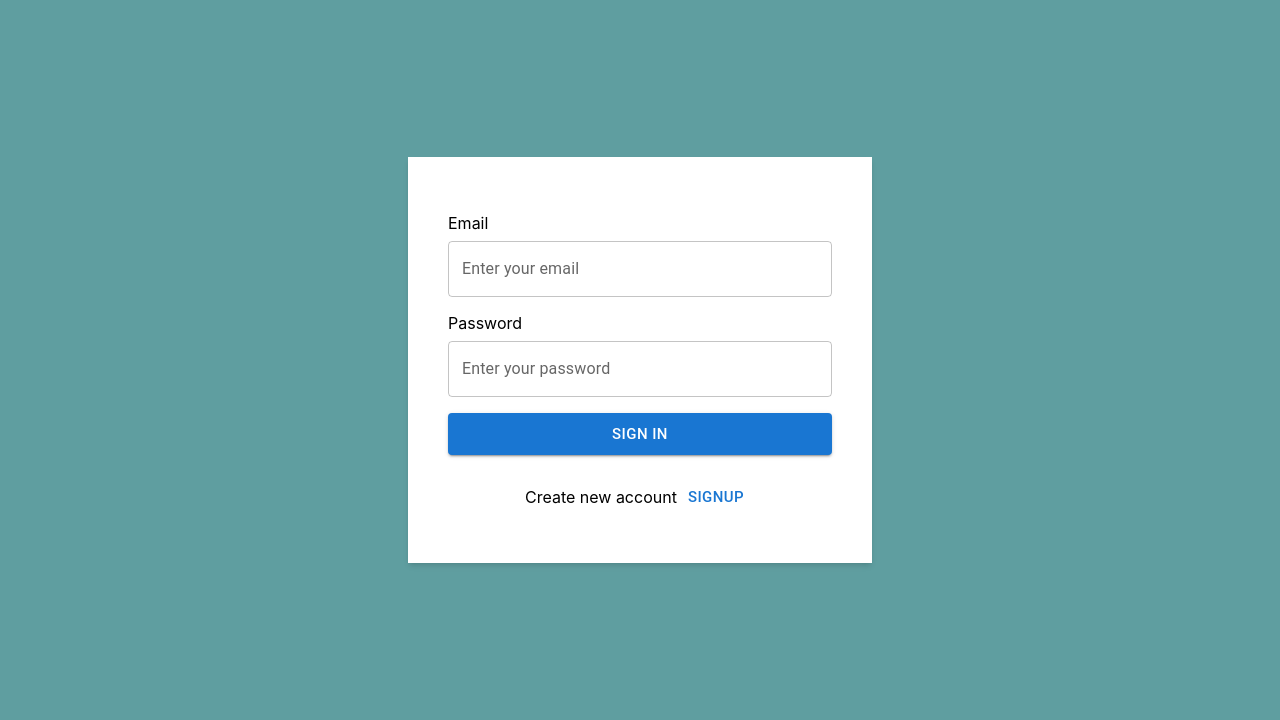
Repository: hoangcode204/Social-Chat-
Page: /signin (app in frontend/)
An editor plug-in stored every save of this project. The page is shown before and after the next save, followed by the edit.
The browser window is 1280 px wide. The pictures show the whole page.
The project was rebuilt for these pictures with package versions that can differ from the ones it lists, and the page was loaded fresh each time. Also part of the build but not shown: frontend/src/components/Homepage.module.scss, frontend/src/components/editChat/EditGroupChat.module.scss, frontend/src/components/utils/Utils.ts, frontend/src/components/editChat/GroupMember.module.scss, frontend/src/components/editChat/GroupMember.tsx, frontend/src/redux/chat/ChatAction.ts, frontend/src/components/editChat/EditGroupChat.tsx, frontend/src/components/profile/Profile.module.scss and 16 more. Imported but missing from the stored project, and not drawn on this page: frontend/src/redux/Constants.

Above is the page before, as saved 2025-05-17 11:22:32.

After the next save:
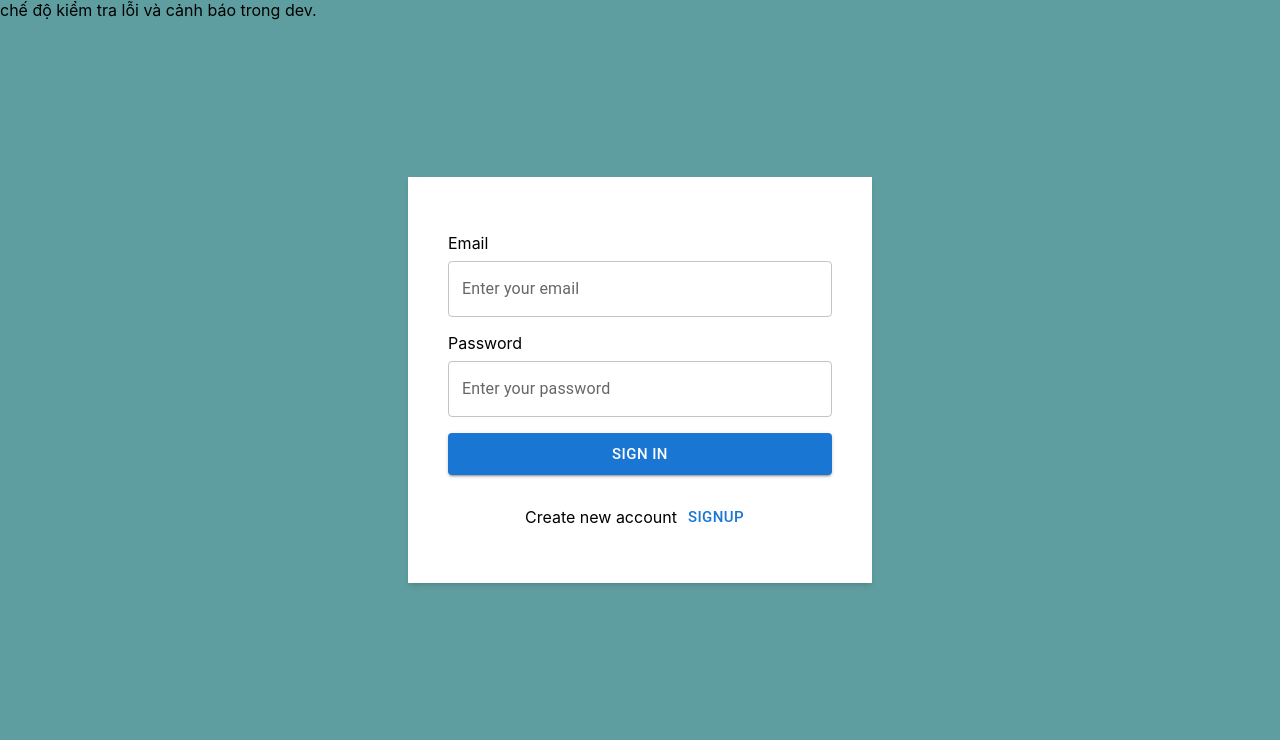
Saved 73 s later.
--- a/frontend/src/index.tsx
+++ b/frontend/src/index.tsx
@@ -10,7 +10,7 @@
     document.getElementById('root') as HTMLElement
 );
 root.render(
-    <React.StrictMode>
+    <React.StrictMode>   chế độ kiểm tra lỗi và cảnh báo trong dev.
         <BrowserRouter>
 
             <Provider store={store}>

After the 4 saves that followed:
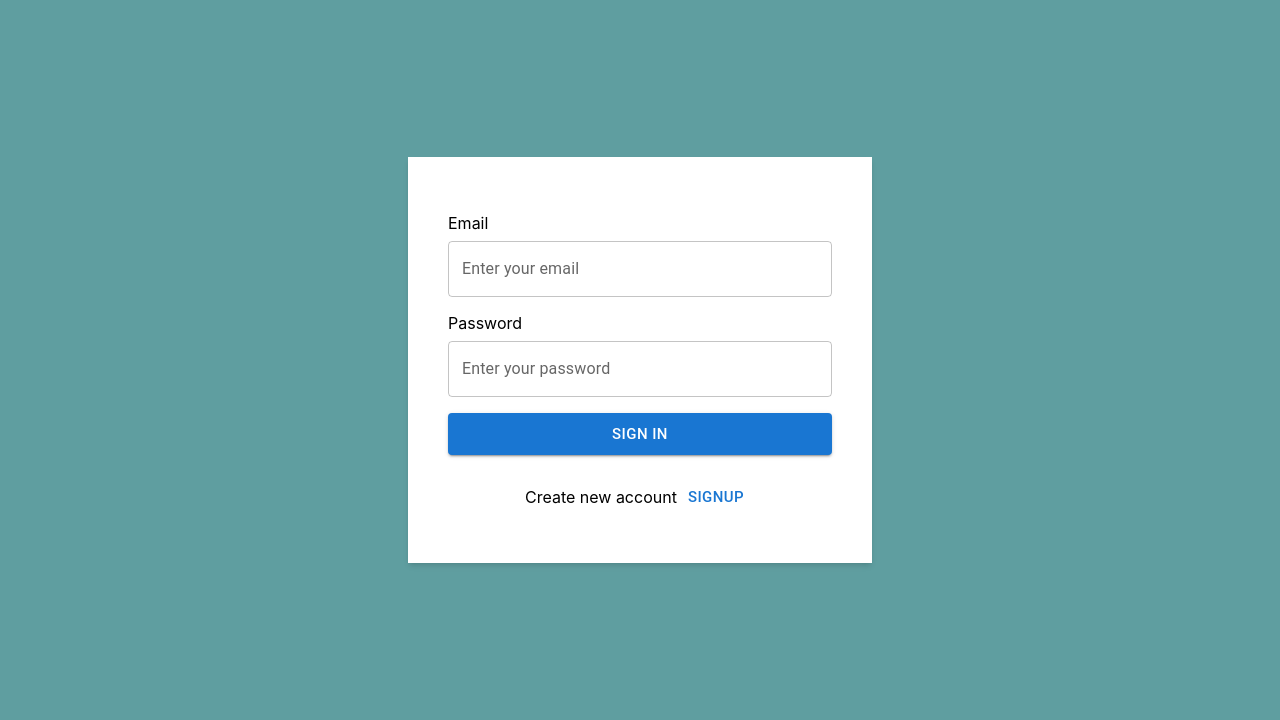
The 4 saves are shown as one change because 1 left the picture as it was and some came seconds apart.
The last was saved 2 min 13 s later.
--- a/frontend/src/index.tsx
+++ b/frontend/src/index.tsx
@@ -10,7 +10,8 @@
     document.getElementById('root') as HTMLElement
 );
 root.render(
-    <React.StrictMode>   chế độ kiểm tra lỗi và cảnh báo trong dev.
+    <React.StrictMode>
+          {/* chế độ kiểm tra lỗi và cảnh báo trong dev. */}
         <BrowserRouter>
 
             <Provider store={store}>
